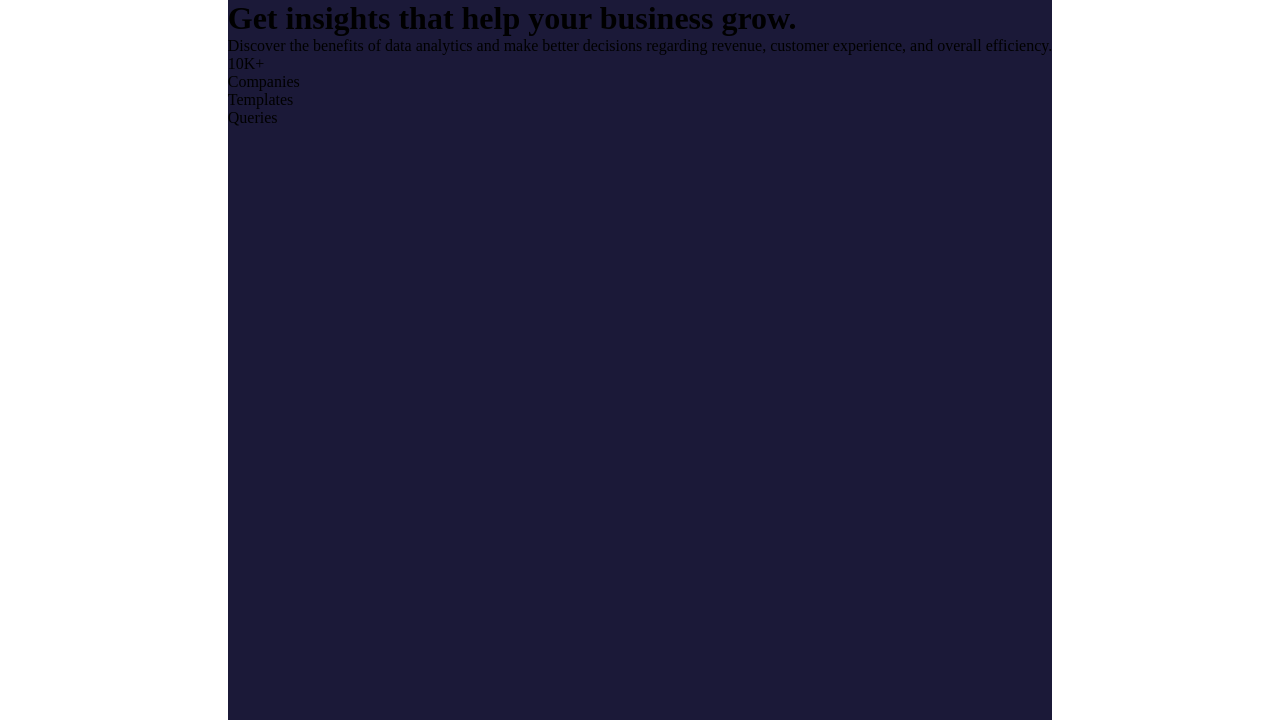
Repository: keisewarsame/stats-preview-frontendmentor
Page: index.html
An editor plug-in stored every save of this project. The page is shown before and after a run of saves, followed by the edit.
The browser window is 1280 px wide. The pictures show the whole page.

Above is the page before, as saved 2022-07-12 12:47:26.

### index.html
<!DOCTYPE html>
<html lang="en">
<head>
  <meta charset="UTF-8">
  <meta name="viewport" content="width=device-width, initial-scale=1.0"> <!-- displays site properly based on user's device -->
  <link rel="icon" type="image/png" sizes="32x32" href="./images/favicon-32x32.png">
  <link rel="stylesheet" href="styles.css">
  <title>Frontend Mentor | Stats preview card component</title>
</head>
<body>
    <div class="container">
        <div class="wrapper">
            <div class="text-component">
                <h1>Get insights that help your business grow.</h1>
                <p>Discover the benefits of data analytics and make better decisions regarding revenue, customer experience, and overall efficiency.</p>
                <div class="stats-component">
                    <div>
                        <p class="num">10K+</p>
                        <p>Companies</p>
                    </div>
                    <div>
                        <p class="num"></p>
                        <p>Templates</p>
                    </div>
                    <div>
                        <p class="num"></p>
                        <p>Queries</p>
                    </div>
                </div>
            </div>
            <div class="image-component">

            </div>
        </div>
    </div>
</body>
</html>

### styles.css
@import url('https://fonts.googleapis.com/css2?family=Inter:wght@400;700&family=Lexend+Deca&display=swap');

* {
    margin: 0;
    padding: 0;
}

body {
    display: flex;
    align-items: center;
    min-height: 100vh;
}

.container {
    margin: 0 auto;
    background-color: hsl(244, 38%, 16%);
    height: 100vh;
}

After the next 3 saves:
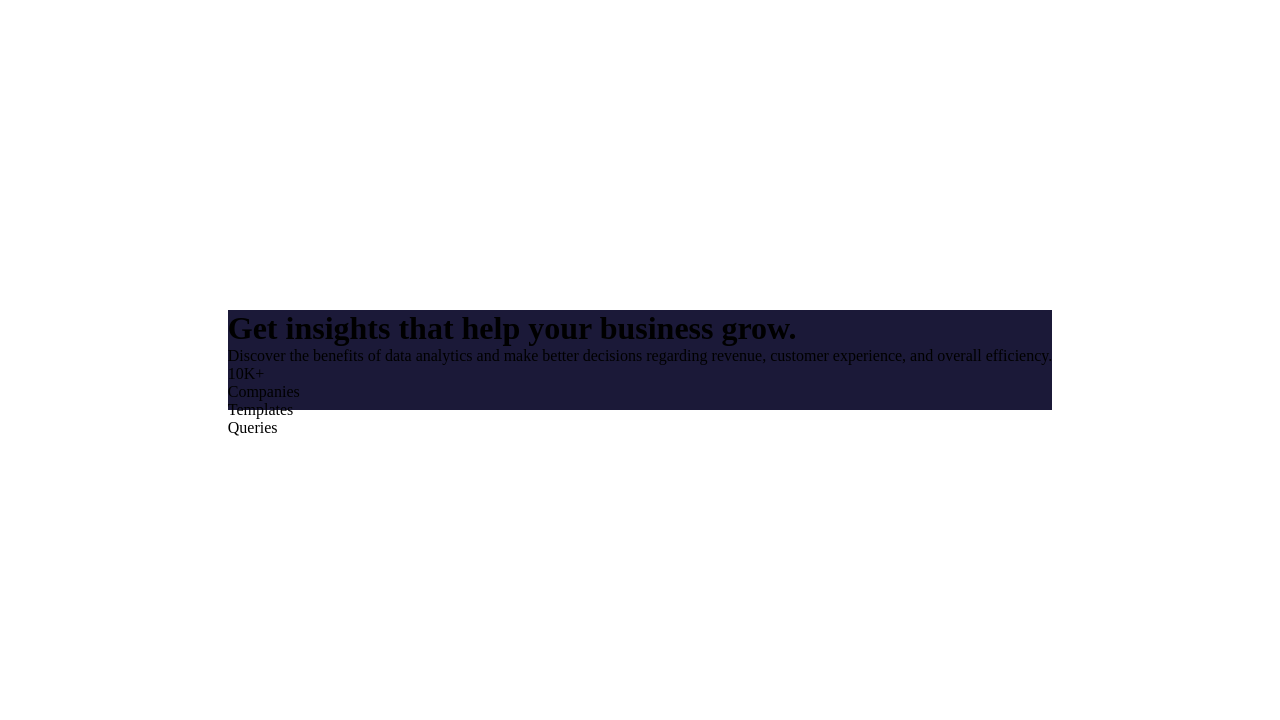
The 3 saves are shown as one change because they came seconds apart.
The last was saved 10 s later.
--- a/styles.css
+++ b/styles.css
@@ -14,5 +14,5 @@ body {
 .container {
     margin: 0 auto;
     background-color: hsl(244, 38%, 16%);
-    height: 100vh;
+    height: 100px;
 }
